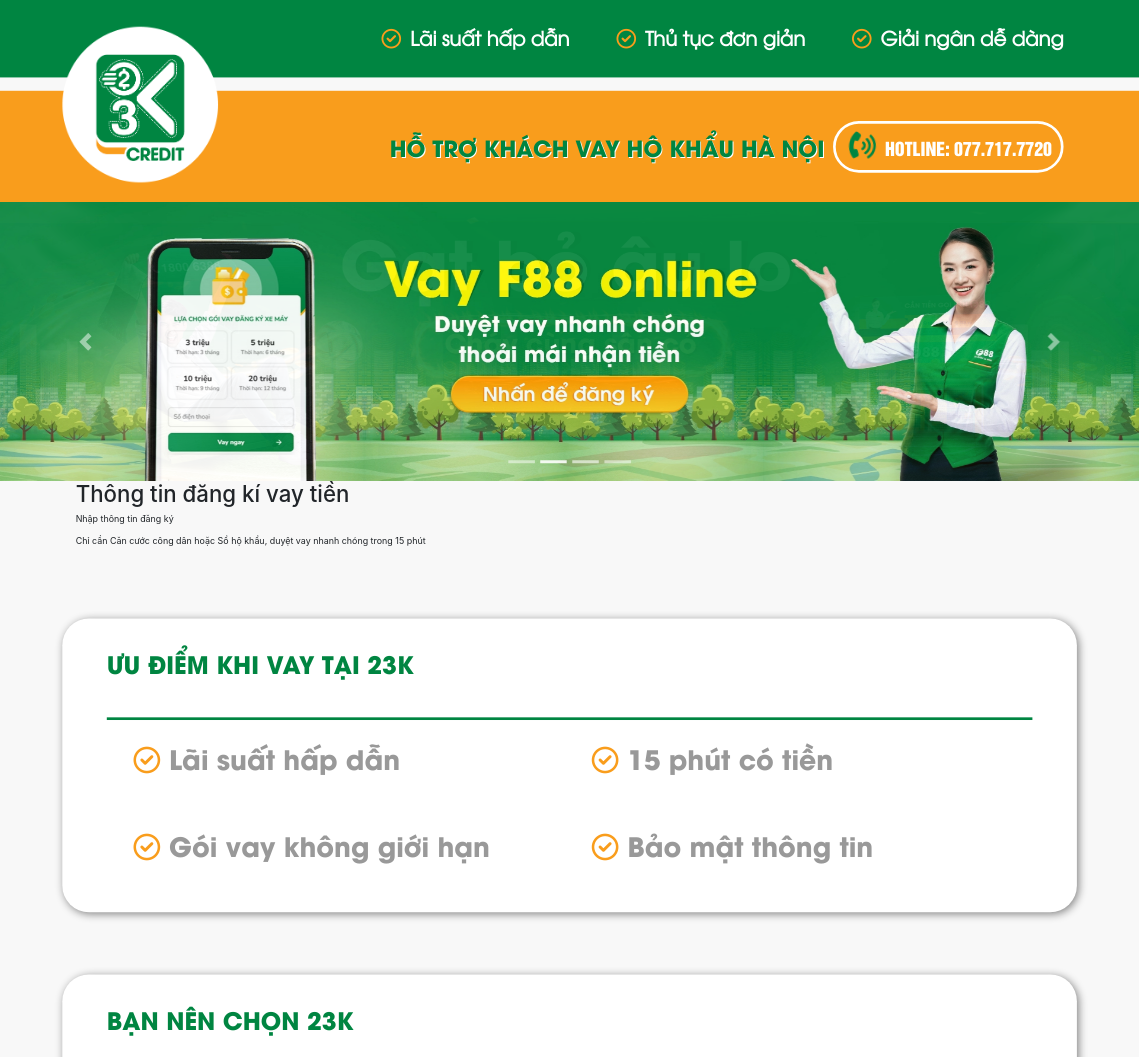
Repository: anhtu2110/23k.vn
Page: theme/index.html
The author's editor kept a copy of each file at every save. The page is drawn from the files as they stood at one save, then again after the next save.
The browser window is 1280 px wide. The pictures show the part of the page from y = 0 to 1188 px (the page is 2029 px tall before and 2058 px after), at 89% of full size.
A picture or video elsewhere on the page could not be fetched, so the positions and the page height are approximate.

Above is the page before, as saved 2022-12-29 23:08:07.

After the next save:
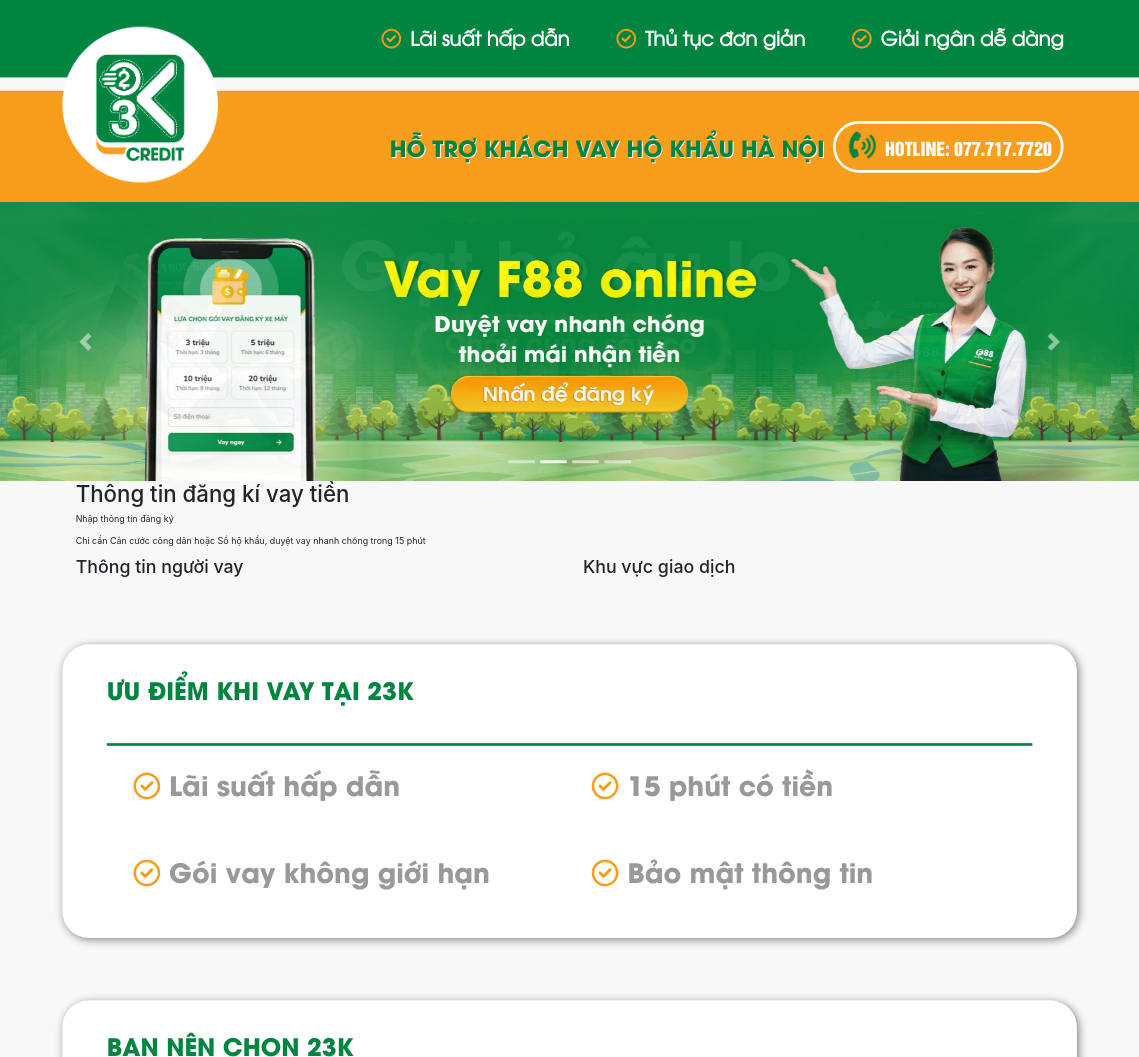
Saved 92 s later.
--- a/theme/index.html
+++ b/theme/index.html
@@ -110,9 +110,11 @@
                             <form action="" method="post">
                                 <div class="row">
                                     <div id="info-customer" class="col-md-6">
-
+                                        <h2 class="title-form">Thông tin người vay</h2>
                                     </div>
-                                    <div id="trading-ara" class="col-md-6"></div>
+                                    <div id="trading-ara" class="col-md-6">
+                                        <h2>Khu vực giao dịch</h2>
+                                    </div>
                                 </div>
                             </form>
                         </div>
